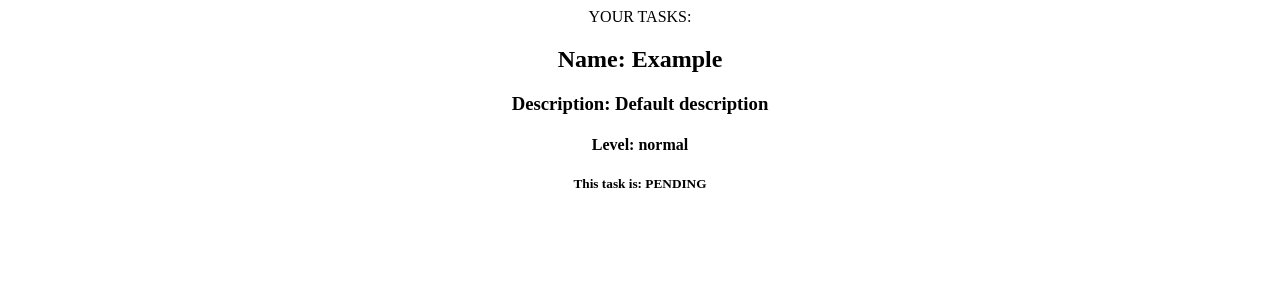
Repository: abgdev1997/proyecto-evo
Page: /
An editor plug-in stored every save of this project. The page is shown before and after the next save, followed by the edit.
The browser window is 1280 px wide. The pictures show the whole page.
The project was rebuilt for these pictures with package versions that can differ from the ones it lists, and the page was loaded fresh each time. Also part of the build but not shown: src/index.css.

Above is the page before, as saved 2022-01-26 15:54:30.

After the next save:
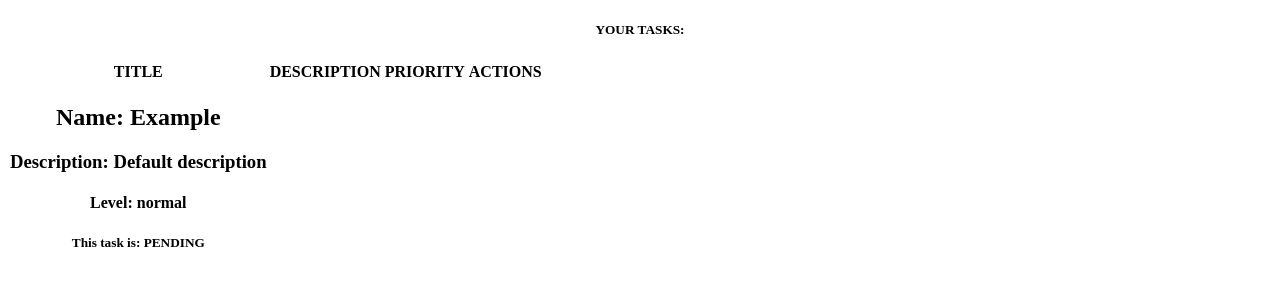
Saved 18 h 9 min later.
--- a/src/components/container/task_list.jsx
+++ b/src/components/container/task_list.jsx
@@ -26,11 +26,36 @@ const TaskList = () => {
 
     return (
         <div>
-            <div>
-                YOUR TASKS:
+            {/* Dividimos el contenedor en 12 columnas */}
+            <div className='col-12'>
+                {/* Usamos la class card */}
+                <div className='card'>
+                    {/* CARD HEADER (TITLE) */}
+                    {/* card-header es la cabecera de la carta, p-3 es padding 3 */}
+                    <div className='card-header p-3 '>
+                        <h5>
+                            YOUR TASKS:
+                        </h5>
+                    </div>
+                </div>
+                {/* CARD BODY (CONTENT) */}
+                <div className='card-body' data-mdb-perfect-scrollbar='true' style={ {position: 'relative', height:'400px'} }>
+                    <table>
+                        <thead>
+                            <tr>
+                                <th scope='col'>TITLE</th>
+                                <th scope='col'>DESCRIPTION</th>
+                                <th scope='col'>PRIORITY</th>
+                                <th scope='col'>ACTIONS</th>
+                            </tr>
+                        </thead>
+                        <tbody>
+                            {/* TODO: Aplicar un For/Map para renderizar una lista */}
+                            <TaskComponent task={defaultTask}></TaskComponent>
+                        </tbody>
+                    </table>
+                </div>
             </div>
-            {/* TODO: Aplicar un For/Map para renderizar una lista */}
-            <TaskComponent task={defaultTask}></TaskComponent>
         </div>
     );
 };
